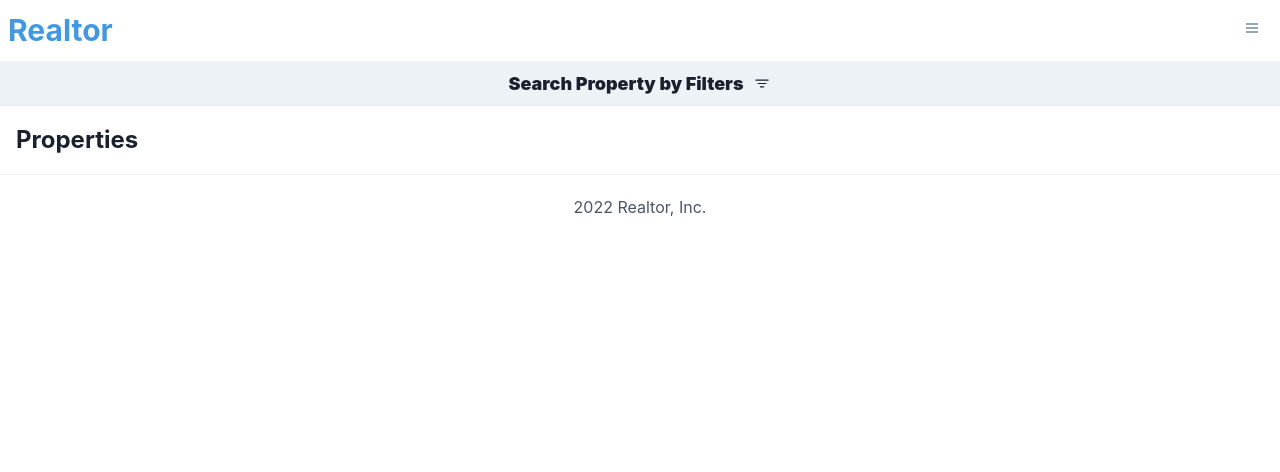
Repository: remydev47/realestate1.0
Page: /search
These files come from the project's save history. The page is drawn as it stood at one moment and after a run of saves; the edit follows.
The browser window is 1280 px wide. The pictures show the whole page.
The project was rebuilt for these pictures with package versions that can differ from the ones it lists, and the page was loaded fresh each time. The framework's server and built-in components were replaced by stand-ins that run in the browser. Also part of the build but not shown: next.config.js, components/Property.jsx, components/SearchFilters.jsx.

Above is the page before, as saved 2022-03-12 11:49:48.

After the next 3 saves:
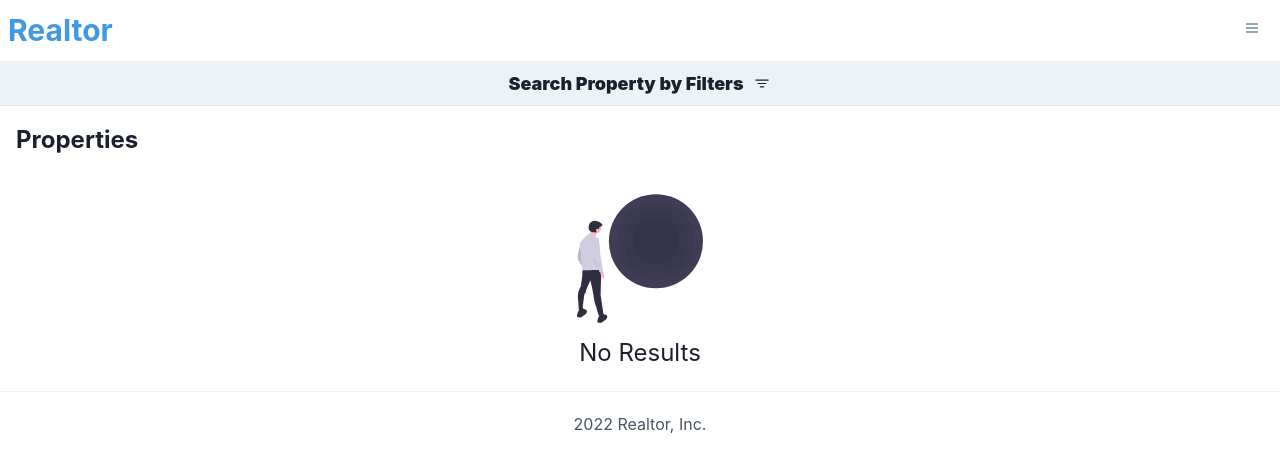
The 3 saves are shown as one change because 2 did not build or start.
The last was saved 11 min 8 s later.
--- a/pages/search.js
+++ b/pages/search.js
@@ -6,6 +6,7 @@ import { BsFilter } from "react-icons/bs"
 
 import Property from "../components/Property"
 import SearchFilters from '../components/SearchFilters';
+import noresult from "../assets/images/noresult.svg"
 
 const Search = () => {
     const [searchFilters, setSearchFilters] = useState(false);
@@ -35,6 +36,12 @@ const Search = () => {
             <Flex flexWrap="wrap">
                 {[].map((property) => <Property property={property} key={property.id}/>)}
             </Flex>
+            {[].length === 0 && (
+                <Flex justifyContent="center" alignItems="center" flexDirection="column" marginTop="5" marginBottom="5">
+                    <Image alt="no result" src={noresult} />
+                    <Text fontSize="2xl" marginTop="3">No Results</Text>
+                </Flex>
+            )}
         </Box>
     )
 }
